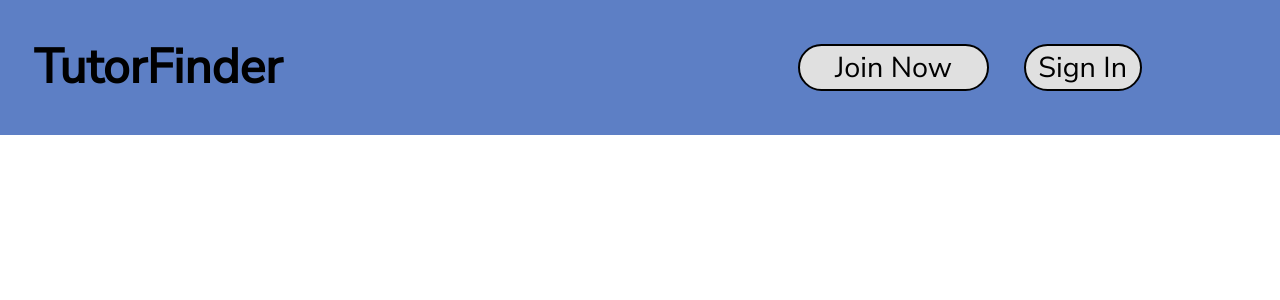
Repository: uprm-inso-4117-2020-2021-s2/semester-project-uprm-inso-4117-2020-2021-s2-team-7
Page: / (app in tutorfinder/)
An editor plug-in stored every save of this project. The page is shown before and after the next save, followed by the edit.
The browser window is 1280 px wide. The pictures show the whole page.
The project was rebuilt for these pictures with package versions that can differ from the ones it lists, and the page was loaded fresh each time. Also part of the build but not shown: tutorfinder/src/App.css.

Above is the page before, as saved 2021-03-29 23:07:36.

### tutorfinder/src/App.js
import React from "react";
import './App.css';
import Nav from './Nav.js';




function App() {
  return (

      <div className="">

        <Nav />

      </div>

  );
}



export default App;

### tutorfinder/src/Nav.js
import React from "react";
import "./App.css";
import "./Nav.css"

class Nav extends React.Component {

  render(){

  return (
    <div className="">
  <table className="navBar">
      <tr>
          <td className="left"><h1 className="title">TutorFinder</h1></td>

          <td className="middle "><button className="buttons buttonLetters ">Join Now</button></td>
          <td className="right"><button className="buttons buttonLetters">Sign In</button></td>
      </tr>
      </table>

    </div>
  );
}
}

export default Nav;

### tutorfinder/src/Nav.css
@import url("https://fonts.googleapis.com/css2?family=Nunito+Sans&display=swap");

.title {
  font-family: "Nunito Sans", sans-serif;
  font-style: normal;
  font-weight: bold;
  font-size: 48px;
  line-height: 65px;

}

.navBar {
    table-layout: fixed;
  background-color: #5d7fc5;
  width: 100%;
}

.buttons {
  background: #e0e0e0;
  border-radius: 45px;
  outline: none;
  border-style: solid;

}

.buttonLetters {
  font-family: "Nunito Sans", sans-serif;
  font-style: normal;
  font-weight: 300;
  font-size: 1.8em;
  line-height: 41px;
  text-align: center;
  padding-right: 10%;
  padding-left: 10%;

}

.left{
text-align: left;
padding-left: 2.5%;
width: 50%;
}

.right{
    text-align: left;
    padding-right: 10%;
    width: 20%;
}

.middle{
    /* background-color: red; */
    text-align: right;
    padding-right: 2.5%;
}

Loaded but not shown: tutorfinder/public/index.html (common file); tutorfinder/src/index.js (common file); tutorfinder/src/index.css (common file); tutorfinder/src/reportWebVitals.js (common file)

After the next save:
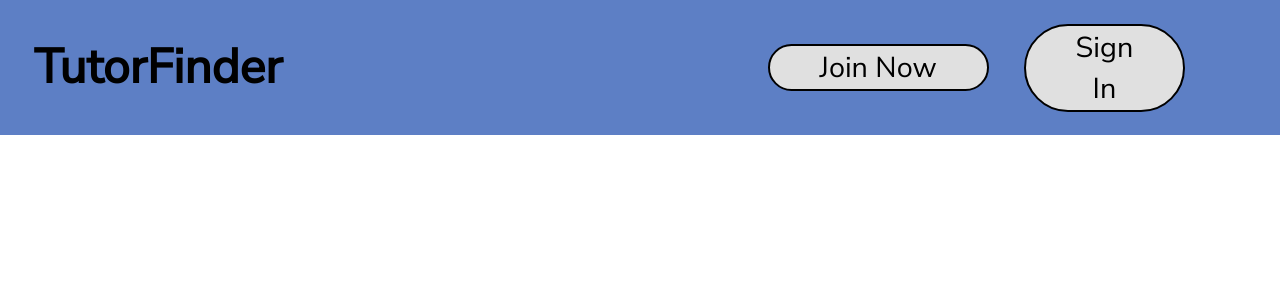
Saved 47 s later.
--- a/tutorfinder/src/Nav.css
+++ b/tutorfinder/src/Nav.css
@@ -30,8 +30,8 @@
   font-size: 1.8em;
   line-height: 41px;
   text-align: center;
-  padding-right: 10%;
-  padding-left: 10%;
+  padding-right: 50px;
+  padding-left: 50px;
 
 }
 
